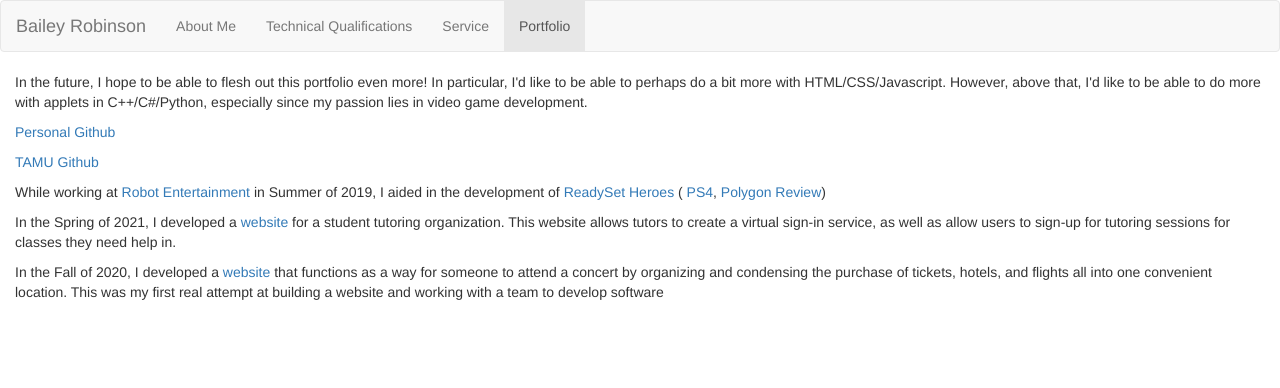
Repository: baileyjrob/personal_website
Page: portfolio.html
The author's editor kept a copy of each file at every save. The page is drawn from the files as they stood at one save, then again after the next save.
The browser window is 1280 px wide. The pictures show the whole page.

Above is the page before, as saved 2021-11-02 15:53:54.

After the next save:
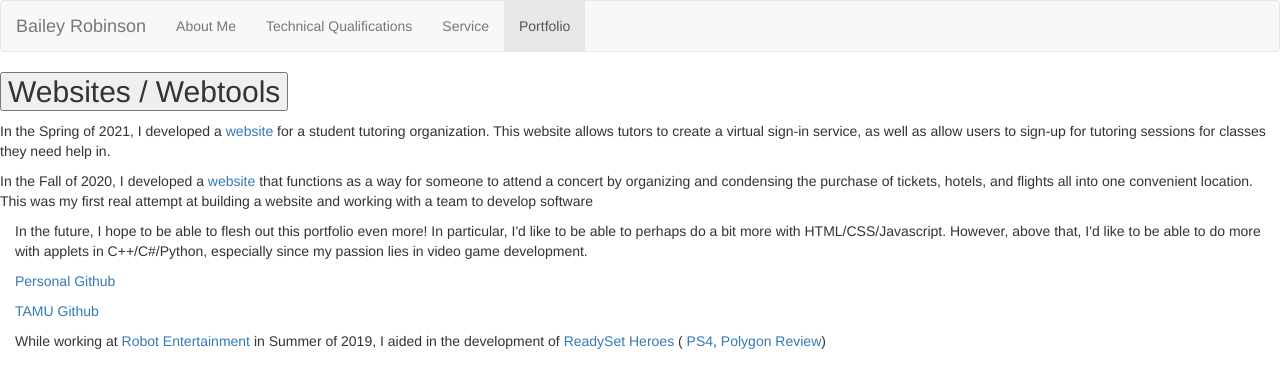
Saved 168 days later.
--- a/portfolio.html
+++ b/portfolio.html
@@ -2,59 +2,82 @@
 <html lang=en>
 
 <head>
-  <title>Bailey Robinson</title>
-  <meta charset="utf-8">
-  <meta name="viewport" content="width=device-width, initial-scale=1">
-  <!-- Latest compiled and minified CSS -->
-  <link rel="stylesheet" href="https://maxcdn.bootstrapcdn.com/bootstrap/3.4.1/css/bootstrap.min.css">
+    <title>Bailey Robinson</title>
+    <meta charset="utf-8">
+    <meta name="viewport" content="width=device-width, initial-scale=1">
+    <!-- Latest compiled and minified CSS -->
+    <link rel="stylesheet" href="https://maxcdn.bootstrapcdn.com/bootstrap/3.4.1/css/bootstrap.min.css">
 
-  <!-- jQuery library -->
-  <script src="https://ajax.googleapis.com/ajax/libs/jquery/3.5.1/jquery.min.js"></script>
+    <!-- jQuery library -->
+    <script src="https://ajax.googleapis.com/ajax/libs/jquery/3.5.1/jquery.min.js"></script>
 
-  <!-- Latest compiled JavaScript -->
-  <script src="https://maxcdn.bootstrapcdn.com/bootstrap/3.4.1/js/bootstrap.min.js"></script>
+    <!-- Latest compiled JavaScript -->
+    <script src="https://maxcdn.bootstrapcdn.com/bootstrap/3.4.1/js/bootstrap.min.js"></script>
 </head>
 
 <body>
-  <nav class="navbar navbar-default">
+    <nav class="navbar navbar-default">
+        <div class="container-fluid">
+            <div class="navbar-header">
+                <a class="navbar-brand" href="index.html">Bailey Robinson</a>
+            </div>
+            <ul class="nav navbar-nav">
+                <li><a href="about.html">About Me</a></li>
+                <li><a href="techqual.html">Technical Qualifications</a></li>
+                <li><a href="service.html">Service</a></li>
+                <li class="active"><a href="portfolio.html">Portfolio</a></li>
+            </ul>
+        </div>
+    </nav>
+    <div class="accordion" id="accordionFields">
+        <div class="accordion-item">
+            <h2 class="accordion-header" id="headingWeb">
+                <button class="accordion-button" type="button" data-bs-toggle="collapse" data-bs-target="#collapseOne"
+                    aria-expanded="true" aria-controls="collapseOne">
+                    Websites / Webtools
+                </button>
+            </h2>
+            <div id="collapseOne" class="accordion-collapse collapse show" aria-labelledby="headingOne"
+                data-bs-parent="#accordionExample">
+                <div class="accordion-body">
+                    <p>In the Spring of 2021, I developed a <a href="https://ortutoring.herokuapp.com/">website</a> for
+                        a student
+                        tutoring
+                        organization. This website allows tutors to create a virtual sign-in service, as well as allow
+                        users to sign-up
+                        for
+                        tutoring sessions for classes they need help in.
+                    </p>
+                    <p>In the Fall of 2020, I developed a <a href="secret.html">website</a> that functions as a way for
+                        someone to
+                        attend a concert by organizing and condensing the purchase of tickets, hotels, and flights all
+                        into one convenient
+                        location. This was my first real attempt at building a website and working with a team to
+                        develop software </p>
+                </div>
+            </div>
+        </div>
+    </div>
     <div class="container-fluid">
-      <div class="navbar-header">
-        <a class="navbar-brand" href="index.html">Bailey Robinson</a>
-      </div>
-      <ul class="nav navbar-nav">
-        <li><a href="about.html">About Me</a></li>
-        <li><a href="techqual.html">Technical Qualifications</a></li>
-        <li><a href="service.html">Service</a></li>
-        <li class="active"><a href="portfolio.html">Portfolio</a></li>
-      </ul>
+        <p> In the future, I hope to be able to flesh out this portfolio even more! In particular, I'd like to be able
+            to
+            perhaps do a bit more with HTML/CSS/Javascript. However, above that, I'd like to be able to do more with
+            applets
+            in
+            C++/C#/Python, especially since my passion lies in video game development.</p>
+        <p><a href="https://github.com/baileyjrob">Personal Github</a></p>
+        <p><a href="https://github.tamu.edu/baileyjrob">TAMU Github</a></p>
+        <p>While working at
+            <a href="https://robotentertainment.com/">Robot Entertainment</a>
+            in Summer of 2019, I aided in the development of
+            <a href="https://www.epicgames.com/store/en-US/product/readyset-heroes/home">
+                ReadySet Heroes</a> (
+            <a href="https://www.playstation.com/en-us/games/readyset-heroes-ps4/">PS4</a>,
+            <a
+                href="https://www.polygon.com/2019/9/5/20851325/readyset-heroes-preview-release-date-pc-epic-ps4-trailer">
+                Polygon Review</a>)
+        </p>
     </div>
-  </nav>
-  <div class="container-fluid">
-    <p> In the future, I hope to be able to flesh out this portfolio even more! In particular, I'd like to be able to
-      perhaps do a bit more with HTML/CSS/Javascript. However, above that, I'd like to be able to do more with applets
-      in
-      C++/C#/Python, especially since my passion lies in video game development.</p>
-    <p><a href="https://github.com/baileyjrob">Personal Github</a></p>
-    <p><a href="https://github.tamu.edu/baileyjrob">TAMU Github</a></p>
-    <p>While working at
-      <a href="https://robotentertainment.com/">Robot Entertainment</a>
-      in Summer of 2019, I aided in the development of
-      <a href="https://www.epicgames.com/store/en-US/product/readyset-heroes/home">
-        ReadySet Heroes</a> (
-      <a href="https://www.playstation.com/en-us/games/readyset-heroes-ps4/">PS4</a>,
-      <a href="https://www.polygon.com/2019/9/5/20851325/readyset-heroes-preview-release-date-pc-epic-ps4-trailer">
-        Polygon Review</a>)
-    </p>
-    <p>In the Spring of 2021, I developed a <a href="https://ortutoring.herokuapp.com/">website</a> for a student
-      tutoring
-      organization. This website allows tutors to create a virtual sign-in service, as well as allow users to sign-up
-      for
-      tutoring sessions for classes they need help in.
-    </p>
-    <p>In the Fall of 2020, I developed a <a href="secret.html">website</a> that functions as a way for someone to
-      attend a concert by organizing and condensing the purchase of tickets, hotels, and flights all into one convenient
-      location. This was my first real attempt at building a website and working with a team to develop software </p>
-  </div>
 </body>
 
 </html>
